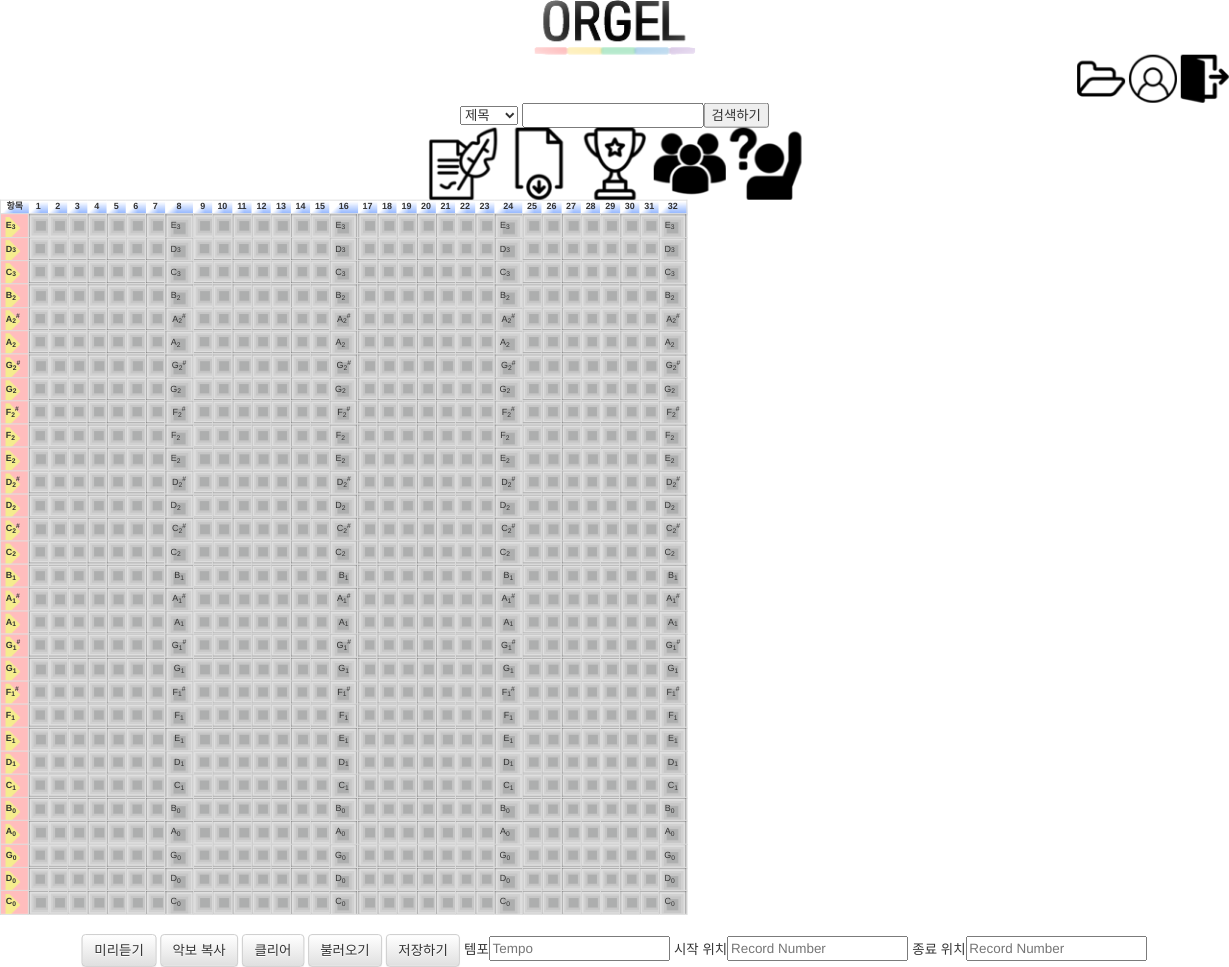
Repository: 2018YoungJinCollege-Com-3WDJ-3Group/WebCode
Page: http://localhost/main/create
The author's editor kept a record of every edit. The page is drawn from the files as they stood at one moment, then again after the next edit.
The browser window is 1280 px wide. The pictures show the whole page, at 96% of full size.
The page is served by the project's Laravel application, run on PHP 8.4 with Laravel 8. Other server files are loaded and not shown.

Above is the page before.
Console error (its wording comes from the project's code and is left out).

### project_0321/routes/web.php
<?php

/*
|--------------------------------------------------------------------------
| Web Routes
|--------------------------------------------------------------------------
|
| Here is where you can register web routes for your application. These
| routes are loaded by the RouteServiceProvider within a group which
| contains the "web" middleware group. Now create something great!
|
*/
//개인적으로 쓰이는 test파일 경로
Route::get('minsuk',function(){
   return view('minsuk');
});



Route::get('/test',function(){
    return view('test');
});
//사이트 접속시 첫 페이지
Route::get('/', function (){
    return view('project');
});

//mobile게시판 라우트
Route::resource('Msellboard','MoblieSellBoardController');
//게시판라우트
Route::resource('sellboard','SellBoardController');
//게시판 검색 라우트
Route::get('sellboard/search','SellBoardController@search')->name('sellboard.search');

//메인페이지 라우트
Route::resource('main','MainController');
//메인페이지 외부악보 라우트
Route::post('main/transfer','MainController@transfer')->name('upload');
Route::get('register','Auth\RegisterController@create');
Route::post('register','Auth\RegisterController@store')->name('register');
Route::post('duplication','Auth\RegisterController@namecheck')->name('duplication');
Route::resource('login','Auth\LoginController');

### project_0321/resources/views/main/create.blade.php
@extends('layouts.master')
@section('content')

    <!--악보 테이블-->
    <div>
    <table class="table table-piano table-bordered table-hover table-condensed" id="pianoTable" style="user-select: none;">
        <!--멜로디 순서-->
        <thead id="theadOfPianoTable" >
        </thead>
        <!--//악보-->
        <tbody id="tbodyOfPianoTable">
        <?php
        include_once '../app/keyboard.php';
        $temp = new keyboard();
        $temp->createTable();
        ?>
        </tbody>
    </table>
    </div>
    <!--기능-->
    <div id="div_musicController">
    <button class="btn btn-default" id="button_play">미리듣기</button>
    <button class="btn btn-default" id="button_convert">악보 복사</button>
    <button class="btn btn-default" id="button_clear">클리어</button>
    <button class="btn btn-default" id="button_read">불러오기</button>
    <button class="btn btn-default" id="button_save">저장하기</button>
    템포<input  type="text" id="input_tempo" placeholder="Tempo">
    시작 위치<input  type="text" id="input_startPoint" placeholder="Record Number">
    종료 위치<input  type="text" id="input_endPoint" placeholder="Record Number">
    </div>
    <script src="{{asset('js/jquery-3.3.1.js')}}"></script>

<script>
    var audioHandler;
    const MAX_NOTES = 30;


    // createPiano(13);

    //초기 동작
    {tableCreate(32);}

    function tableCreate(max) {


        for(var i = 0; i < max; i++){
            createHead();

            for(var j = 0; j < MAX_NOTES; j++) {
                createScore(j);
            }
        }




    }//function-end

    //상단 세로줄 넘버링 제작
    function createHead() {
        var thead = document.getElementById('theadOfPianoTable');


        if(thead.childElementCount === 0) {
            var list = document.createElement('th');
            list.innerText = "항목";
            thead.appendChild(list);
        }
        var createdTH = document.createElement('th');
        createdTH.innerText = thead.childElementCount;
        thead.appendChild(createdTH);
    }

    //악보 입력 부분 제작
    function createScore(i) {

        var tbody = document.getElementById('tbodyOfPianoTable');
        var createdTD = document.createElement('td');
        var createdIMG = document.createElement('img');


        createdTD.setAttribute('name',tbody.children[i].firstChild.id);
        createdTD.classList.add('cell-piano');

        createdIMG.classList.add('image-unput');
        // createdIMG.width    ="10dp";
        // createdIMG.height   ="10dp";


        if(tbody.children[i].childElementCount%8 == 0)
            createdTD.innerHTML = tbody.children[i].firstChild.innerHTML;
        else
            createdTD.innerHTML = "　";

        createdTD.appendChild(createdIMG);

        tbody.children[i].appendChild(createdTD);

    }


    //악보 클릭 시 음원 재생
    $('#tbodyOfPianoTable').on('click','.cell-piano',function () {

        if($(this).is(".cell-piano-input") === true){
            this.classList.remove("cell-piano-input");
            this.classList.remove("success");
        }
        else{
            var audio = document.createElement('audio');
            audio.setAttribute('src',"{{asset('wav/note')}}/note\_"+this.getAttribute('name')+".wav");
            audio.play();

            this.classList.add("cell-piano-input");
            this.classList.add("success");
        }

        var maxRecord = event.target.parentElement.parentElement.parentElement.firstElementChild.childElementCount;

        if(event.target.cellIndex >= maxRecord-3){
            tableCreate(8);
            screenChaser($('#theadOfPianoTable')[0].childElementCount);
        }
    });




    //미리듣기 클릭 이벤트
    $('#button_play').click(
        function () {
            window.clearInterval(audioHandler);


            var currentLine = $('#input_startPoint')[0].value;
            var endLine = $('#input_endPoint')[0].value;

            if(!currentLine)
                currentLine = 1;

            if(!endLine)
                endLine = document.getElementById('theadOfPianoTable').children.length - 1;

            var tempo = getTempo();

            audioHandler = setInterval(function () {
                try {
                    removeFocus('line-focus');
                } catch(e){

                }

                if(currentLine > 0)
                    focusLine(currentLine);


            var screenLine = parseInt(window.screen.width/33);


                if(currentLine%screenLine == 0)
                    screenChaser(screenLine);
                try {
                    audioPlay(currentLine);
                } catch (e){
                    console.log("음원 실행 오류");
                }


                if(currentLine == endLine){
                    window.clearInterval(audioHandler);

                    var endTimer = setTimeout(function(){
                        removeFocus('line-focus');
                        audioHandler = undefined;

                    },1000);
                }

                currentLine++;
            },tempo);


        }
    );

    //악보→오르골 전용 스트링 변환 이벤트
    $('#button_convert').click(
        function () {
            convertString();
        }
    );

    //악보 초기화
    $('#button_clear').click(

        function() {
            clearScore();
        }


    );

    //오르골 전용 스트링→악보 변환 이벤트
    $('#button_read').click(
        function () {
            openScore();
        }
    );

    // $('.cell-piano').hover(function (){
    //     crossFocus(event);
    // },function (){
    //     removeFocus('crossFocus')
    // });



    $('#tbodyOfPianoTable').on("mouseenter",".cell-piano", function() {
        if(audioHandler == undefined)
        crossFocus(event);
    }).on('mouseleave','.cell-piano', function() {

        removeFocus('crossFocus')
    });


    function audioPlay(currentLine) {
        var playlist = new Array();

        playlist[0] = getPlaylist(currentLine);



        for(var i = 0; i < playlist.length; i++) {
            var src = "";
            var audio = "";
            if(playlist[i].length > 0) {
                for(var j = 0; j < playlist[i].length; j++) {
                    src = "{{asset('wav/note')}}/note_" + (playlist[i][j]) + ".wav";
                    audio = new Audio(src);
                    audio.play();
                }
            }
            else
                continue;



        }


    }

    //상단 클릭 시 시작점 변경
    $('#theadOfPianoTable').on('click','th',function () {
        var clickPoint = event.target.innerHTML;
        if(clickPoint != "항목"){
            $('#input_startPoint')[0].value = clickPoint;
        }
    });

    //상단 더블 클릭 시 종료점 변경(시작점 변경과 연동되어 있음)
    $('#theadOfPianoTable').on('dblclick','th',function () {
        var clickPoint = event.target.innerHTML;
        if(clickPoint != "항목"){
            $('#input_endPoint')[0].value = clickPoint;
        }
    });


    $('#button_save').click(function() {
        sendScore();
    })


    //세로 줄에서 연주해야되는 음원 리스트 획득
    function getPlaylist(line) {
        var table = document.getElementById('tbodyOfPianoTable');
        var lineArray = new Array();
        for(var i = 0; i < table.children.length;i++){
            var selected = table.children[i].children[line];
            if($(selected).is(".cell-piano-input") === true)
                lineArray.push(table.children[i].children[line].getAttribute('name'));
        }

        return lineArray;
    }

    //악보→오르골 전용 스트링
    function convertString(copyStatus) {
        var maxOfLine = document.getElementById('theadOfPianoTable').children.length - 1;
        var melodyArray = new Array();
        var melodyString = "";
        var currentPlayList = "";
        for(var i = 0; i < maxOfLine; i++) {
            currentPlayList = getPlaylist(i + 1);
            if(currentPlayList != ""){
                for(var j = 0; j < currentPlayList.length; j++) {
                    currentPlayList[j] = String.fromCharCode(parseInt(currentPlayList[j])+25);
                }
                melodyArray.push(currentPlayList);
            }
            else
                melodyArray.push(0);

                melodyArray.push("r");
        }

        var tempo = $('#input_tempo')[0].value;

        if(tempo == ""){
            tempo = 80;
        }

        melodyString += tempo+";";

        for(var i = 0; i < melodyArray.length; i++){
                for(var j = 0; j < melodyArray[i].length; j++){
                    melodyString += melodyArray[i][j];
                }

            }

        while(melodyString.search(/rr$/) > -1) {
            melodyString = melodyString.replace(/rr$/,"r");
        }

        var temp = document.createElement('input');
        temp.type = 'text';


        $('body').append(temp);
        temp.value = melodyString;
        temp.select();
        document.execCommand('copy');
        temp.remove (this);



        return melodyString;
    }






    //Tempo로 칭해지는 딜레이를 구하는 계산식
    function getTempo() {
        var inputTempo =    $('#input_tempo')[0].value;

        if(inputTempo == "")
            inputTempo = 80;

            inputTempo = 600 / inputTempo * 100 ;
            // 60 == 1000
            //

        return inputTempo;

    }

    //악보 초기화
    function clearScore() {


        window.clearInterval(audioHandler);

        $('#theadOfPianoTable>th').remove();
        $('.cell-piano').remove();
        tableCreate(32);
    }

    //오르골 전용 스트링→악보
    function openScore(){



        var scoreString = prompt("악보 코드 입력");

        if(scoreString === "" || scoreString === null)
            return 0;

        clearScore();

        var tempo = scoreString.split(";")[0];
        var score = scoreString.split(";")[1].split("r");
        var convertScore = [];

        tableCreate(score.length + score.length%4 - 24);


        console.log(score);

        for(var i = 0; i < score.length; i++) {
            if (!convertScore[i])
                convertScore[i] = [];


            for (var j = 0; j < score[i].length; j++) {

                var convertString = score[i][j].charCodeAt().valueOf();


                convertScore[i][j] = convertString;
            }
        }

        // tempo = getTempo(tempo);

        console.log(tempo);
        console.log(convertScore);

        $('#input_tempo')[0].value = tempo;

        for(var i = 0; i < convertScore.length; i++)
            for(var j = 0, k = 0; j < MAX_NOTES; j++){
                var currentScore = document.getElementById('tbodyOfPianoTable').children[j].children[i+1];
                if(currentScore.getAttribute('name') == convertScore[i][k] - 25) {
                    currentScore.classList.add("cell-piano-input");
                    currentScore.classList.add("success");
                    k++;
                }



            }



    }

    //css를 이용한 미리듣기 현재 진행 척도 강조
    function focusLine(currentLine) {
        var head = $('#pianoTable')[0].children[0].children[currentLine];
        var body;

        head.classList.add('line-focus');

        for(var i = 0; i < MAX_NOTES; i++){
            body = $('#pianoTable')[0].children[1].children[i].children[currentLine];
            body.classList.add('line-focus');
        }

    }

    //css를 이용한 현재 진행 척도 강조 해제
    function removeFocus(focusName){
        var focusedLine = document.getElementsByClassName(focusName);

        while(focusedLine.length > 0){
            focusedLine[0].classList.remove(focusName)
        }
    }

    function screenChaser(line) {
        var cellWidth = document.getElementsByName('80')[0].offsetWidth;
        // window.scrollBy(cellWidth*currentLine,0);
        window.scrollBy(cellWidth*line,0);
    }

    function crossFocus(event){

        var target = event.target;

        var horizonElements = target.parentElement;
        var currentLine = target.cellIndex;
        var currentRow = target.parentElement.rowIndex;
        var endLine = document.getElementById('theadOfPianoTable').children.length;

        try{
        for(var i = -1; i < 8; i++){
            var focusLine = parseInt(currentLine/8)*8+1+i;
            horizonElements.children[focusLine].classList.toggle('crossFocus');
            // var tempTarget = target.parentElement.parentElement.children[j];
            // tempTarget.children[currentLine].classList.add('crossFocus');

        }


        }catch(e){


        }
    }



    function sendScore(){
        var scoreString = convertString();
        var tempo = scoreString.split(";")[0];
        var score = scoreString.split(";")[1];
        var token = "{{ csrf_token() }}";
        $.ajax({
            type: "POST",
            url: "{{route('main.store')}}",
            data: {tempo: tempo, score: score,_token:token},
            //성공시 알림이 떠야하는데 jquery를 모르겠다...
            success: function( msg ) {
                alert("성공했습니다.");
                //$("#ajaxResponse").append("<div>"+msg+"</div>");
            }
        });


       /* var csrf = document.getElementById("_token").value;
        setRequestHeader("XSRF-TOKEN", csrf);
        var httpRequest;
        var url = "{{route('main.store')}}?tempo="+tempo+"&score="+score;


        if(window.XMLHttpRequest){
             httpRequest = new XMLHttpRequest();
        }
        else if(window.ActiveXObject){
            httpRequest = new ActiveXObject();
        }


        httpRequest.onreadystatechange = function () {
            if(httpRequest.readyState == 4 && httpRequest.status == 200){
                httpRequest.responseText;
            }
            else{

            }

        }

        httpRequest.open("post",url,true);
        httpRequest.send();

        */



    }





</script>

@stop

### project_0321/resources/views/layouts/master.blade.php
<!doctype html>
<html lang="{{ app()->getLocale() }}">
<head>
    <meta charset="UTF-8">

    <!--Bootstrap frame work-->
    <link rel="stylesheet" href="{!! asset('css/bootstrap.css') !!}">
    <link rel="stylesheet" href="{!! asset('css/bootstrap-theme.css') !!}">
    <script src="{{asset('js/bootstrap.js')}}"></script>

    <!--개인용 css 링크-->
    <link rel="stylesheet" href="{!! asset('css/persnoal.css?ver=5') !!}">





    <style>
        .content {
            text-align: center;
        }
        .user_icon{
            text-align: right;
        }
    </style>
</head>
<body>
<div class="content" style="margin: auto;">
    <div style="margin: auto;">
        <a href="{{ url('/') }}"><img src="/img/logotype_icon.png"></img></a>
    </div>

    <!-- image size : 75px -->
    <div class="user_icon">
        <a href="https://placeholder.com"><img src="/img/op_folder_icon_resized50px.png"></a>
        <a href="https://placeholder.com"><img src="/img/myInfo_icon_resized50px.png"></a>
        <a href="https://placeholder.com"><img src="/img/logout_icon_resized50px.png"></a>
    </div>

    <div>
        <form method="get" action="{{route('sellboard.search')}}">
        <select name="search_tag">
                        <option value="1">제목</option>
                        <option value="2">내용</option>
                        <option value="3">저작자</option>

        </select>
        <input type="text" name="search"><input type="submit" value="검색하기">
        </form>
    </div>

    <!-- image size : 75px -->
    <div class="menu_icon">
        <a href="{{route('main.index')}}"><img src="/img/mk_score_icon_resized75px.png"></a>
        <a href="{{route('sellboard.index')}}"><img src="/img/dl_file_icon_resized75px.png"></a>
        <a href="https://placeholder.com"><img src="/img/trophy_icon_resized75px.png"></a>
        <a href="https://placeholder.com"><img src="/img/community_icon_resized75px.png"></a>
        <a href="https://placeholder.com"><img src="/img/helping_icon_resized75px.png"></a>
    </div>

    @yield('content')
</div>
</body>
</html>

### project_0321/public/css/persnoal.css
#pianoTable{
    font-size: 7pt;
    width : 26px;

    vertical-align: middle;

}

#theadOfPianoTable>th{
    background-image: url("../img/cell_head.png");
    background-size: 25;
    text-align: center;

}

.cell-piano{
    text-align: center;
    background-color: white;
    background-image: url("../img/cell_unput.png");
    background-size: cover;



}

.cell-piano:hover{
    background-color: green;
    background-image: url("../img/cell_input.png");

}


.cell-piano-input{
    background-image: url("../img/cell_input.png");
    background-size: cover;
}



#theadOfPianoTable th:hover{
    background-color: black;
    color: white;
}


.line-focus {
    background-color: black;
    color: white;
    background-image: url("../img/cell_play.png");
    background-size: cover;
}


.crossFocus {
    background-image: url("../img/cell_cross.png");
    background-size: cover;
    font-weight: bold;
    color: white;
}

.cell-melody{
    background-image: url("../img/cell_melody.png");
    background-size: cover;
}

Loaded but not shown: project_0321/app/Http/Controllers/Controller.php (common file); project_0321/public/css/bootstrap.css (library); project_0321/public/css/bootstrap-theme.css (library); project_0321/public/js/bootstrap.js (library); project_0321/public/js/jquery-3.3.1.js (library); project_0321/app/Http/Controllers/MainController.php (108 lines, source omitted); project_0321/app/keyboard.php (78 lines, source omitted)

After the next edit:
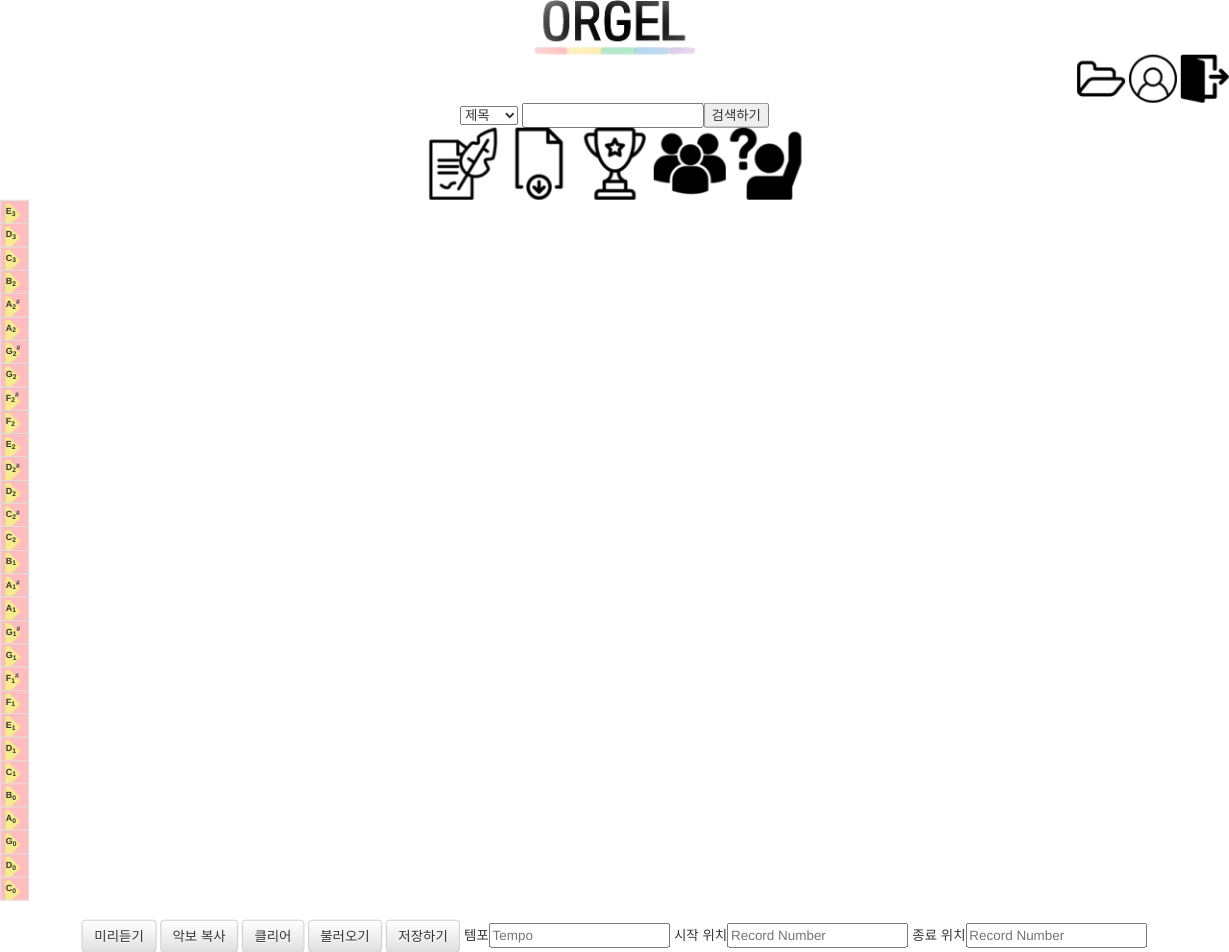
The edit:
--- a/project_0321/resources/views/main/create.blade.php
+++ b/project_0321/resources/views/main/create.blade.php
@@ -325,6 +325,8 @@
             melodyString = melodyString.replace(/rr$/,"r");
         }
 
+
+        if(copyStatus){
         var temp = document.createElement('input');
         temp.type = 'text';
 

After the edit that followed:
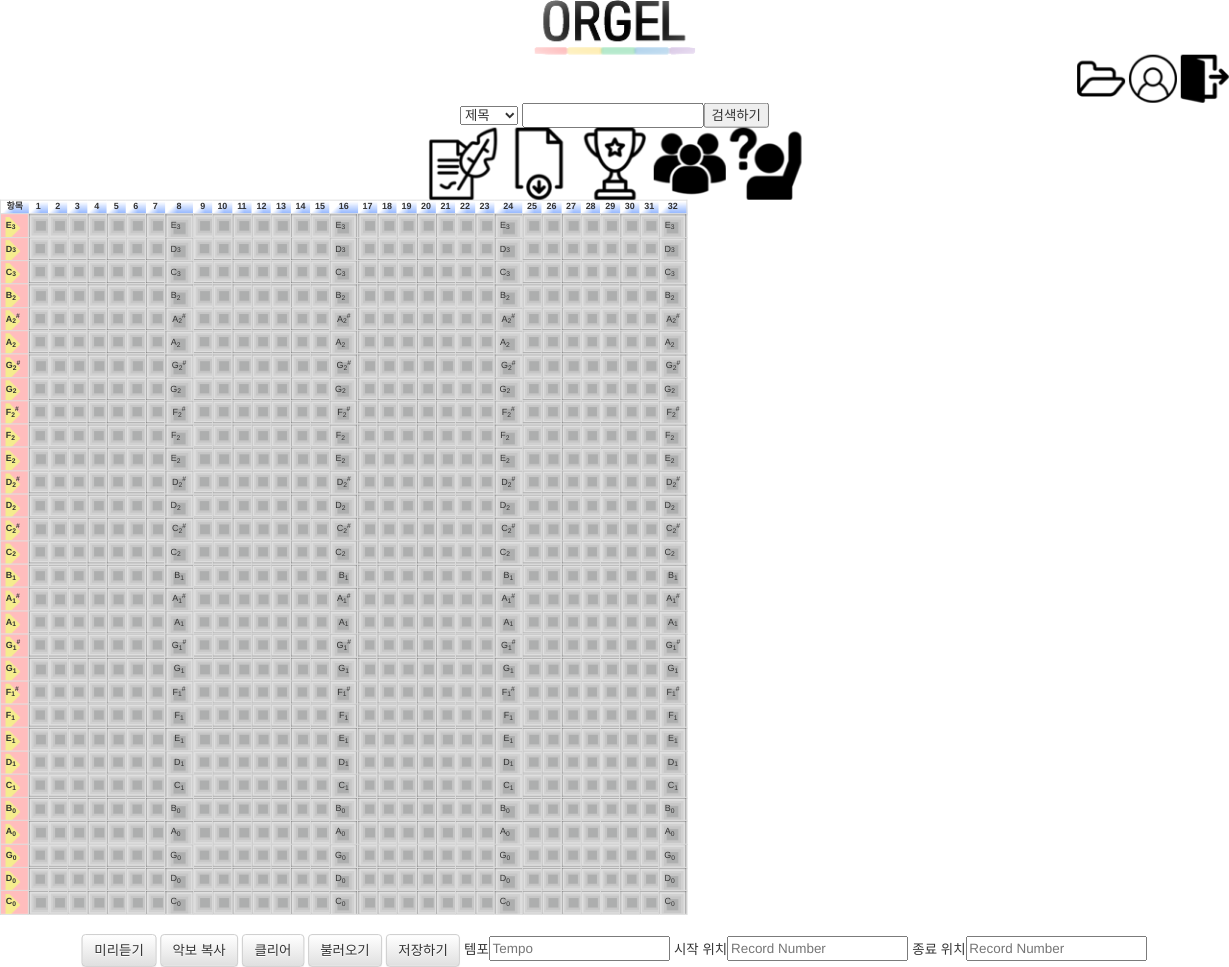
The edit:
--- a/project_0321/resources/views/main/create.blade.php
+++ b/project_0321/resources/views/main/create.blade.php
@@ -336,7 +336,7 @@
         temp.select();
         document.execCommand('copy');
         temp.remove (this);
-
+        }
 
 
         return melodyString;
